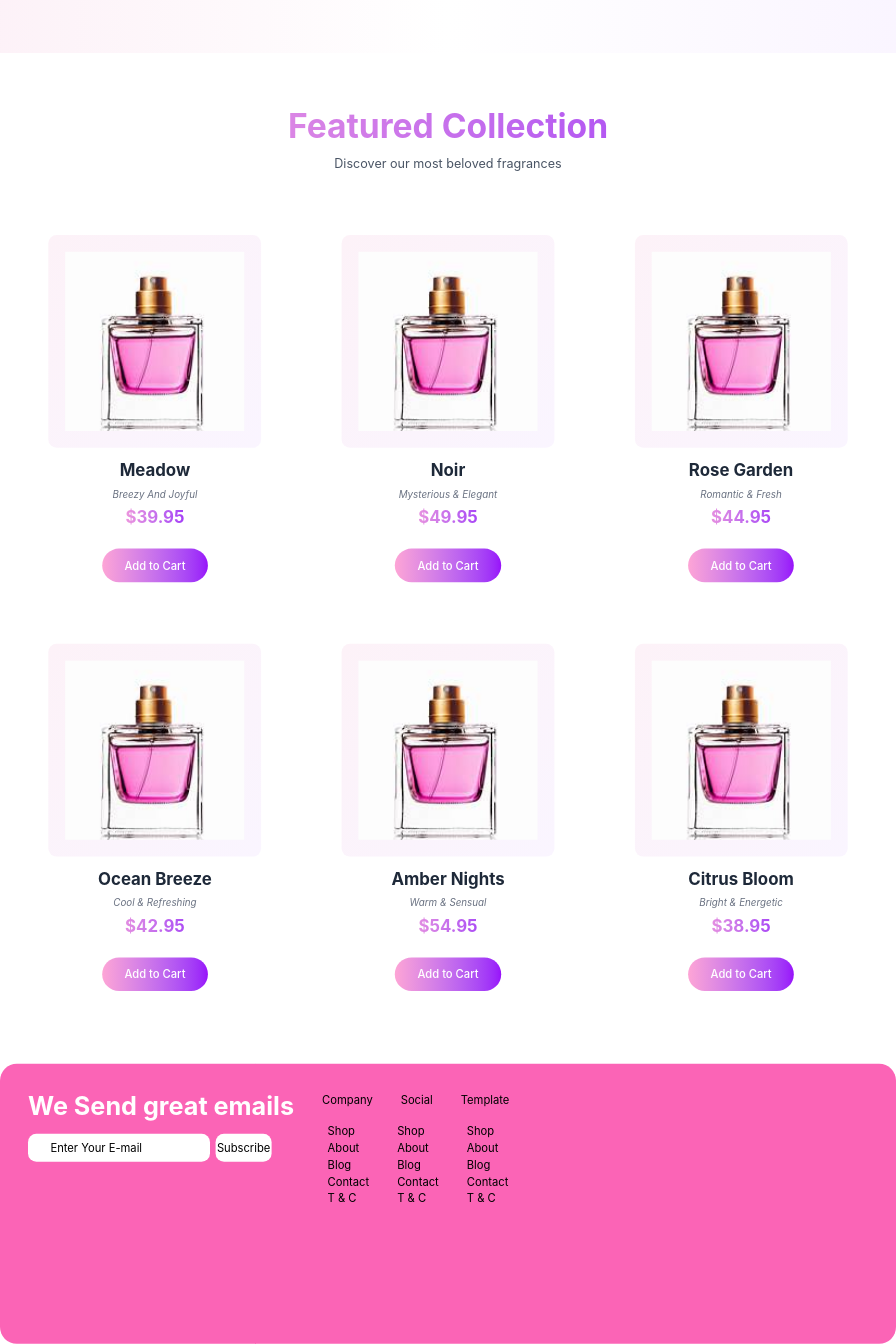
Repository: kiran2k5-ai/E-Commerce-Perfume
Page: /
These files come from the project's save history. The page is drawn as it stood at one moment and after a run of saves; the edit follows.
The browser window is 1280 px wide. The pictures show the part of the page from y = 904 to 2824 px (the page is 2824 px tall), at 70% of full size.
The project was rebuilt for these pictures with package versions that can differ from the ones it lists, and the page was loaded fresh each time. Also part of the build but not shown: vite.config.js.

Above is the page before, as saved 2026-02-04 12:54:28.

After the next 2 saves:
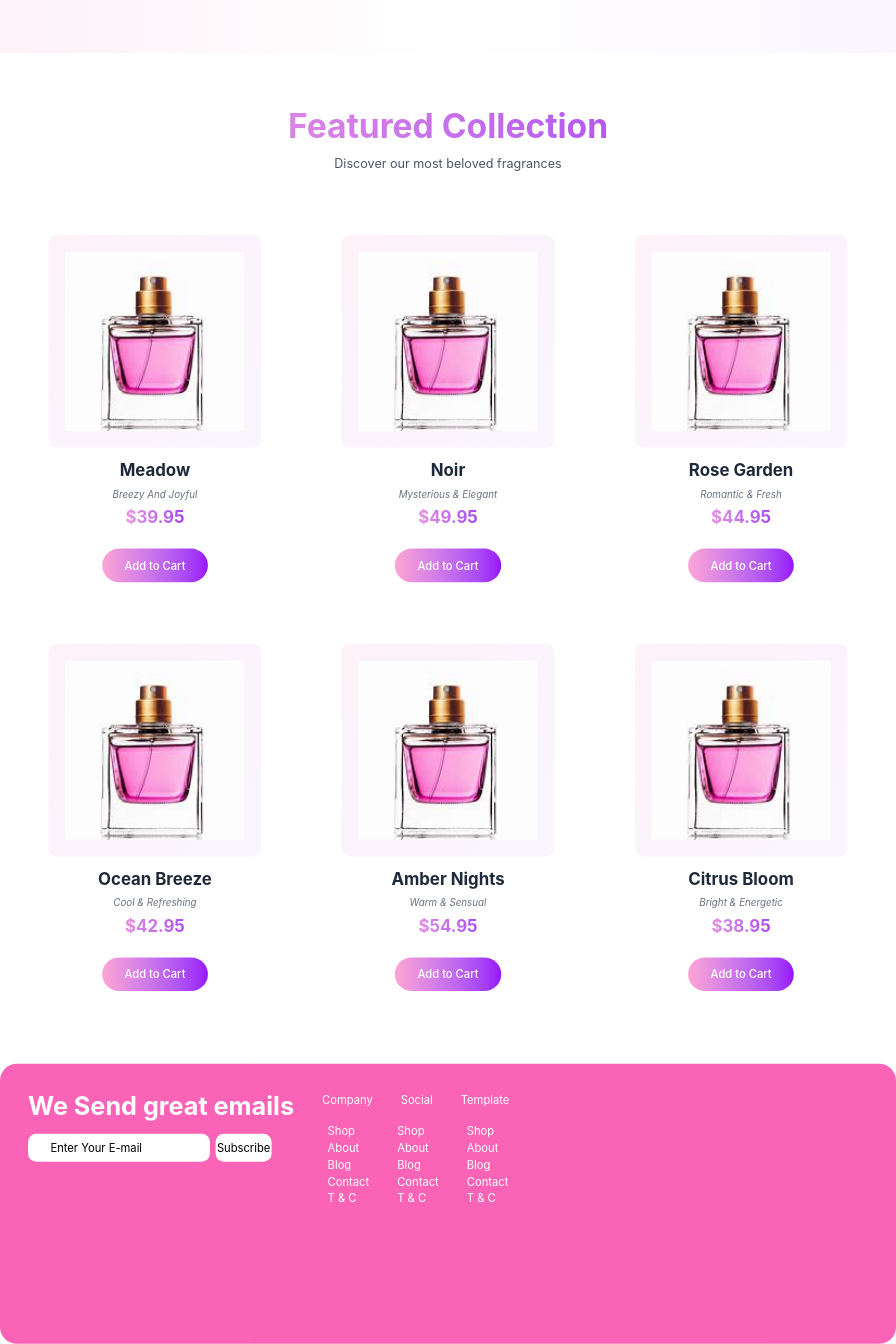
The 2 saves are shown as one change because they came seconds apart.
The last was saved 52 s later.
--- a/src/components/Footer.jsx
+++ b/src/components/Footer.jsx
@@ -11,7 +11,7 @@ const Footer = () => {
             <button className=' bg-white w-20 h-10 rounded-xl text-black hover:bg-gradient-to-r from-pink-300 to-purple-600'>Subscribe</button>
             </div>
         </div>
-        <div className='mt-10 ml-10 '>
+        <div className='mt-10 ml-10 text-white'>
             <div className='flex flex-row gap-10'>
                 <h1>Company</h1>
                 <h1>Social</h1>
